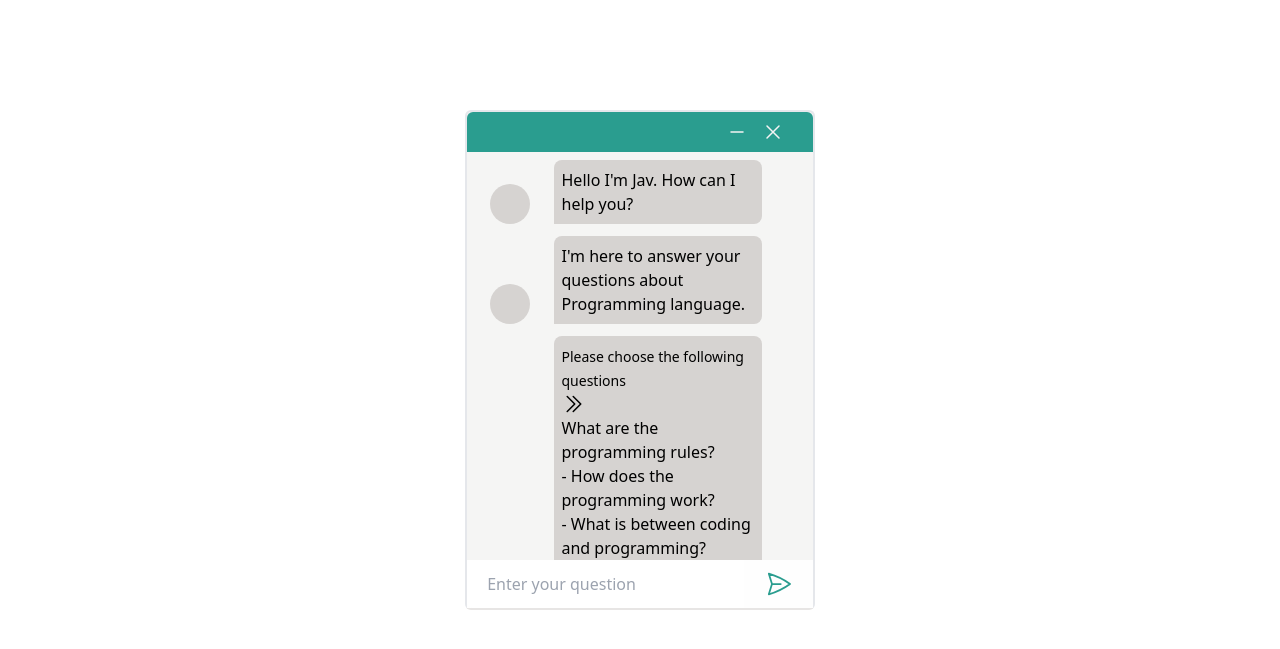
Repository: hsumyatm7308/Chatbot
Page: index.html
These files come from the project's save history. The page is drawn as it stood at one moment and after the next save; the edit follows.
The browser window is 1280 px wide. The pictures show the whole page.
Some web libraries are served in a nearby version.

Above is the page before, as saved 2023-07-09 12:41:04.

After the next save:
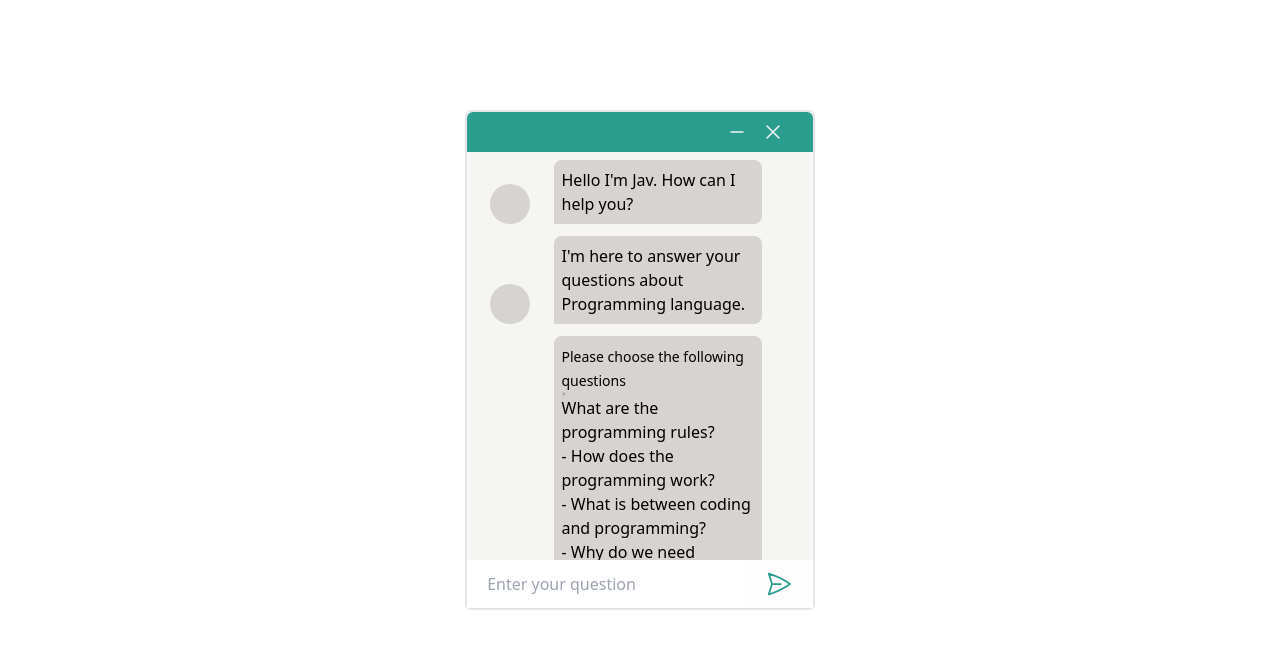
Saved 10 s later.
--- a/index.html
+++ b/index.html
@@ -72,7 +72,7 @@
                                     <ul>
                                         <li class="text-md flex"><a href=""><svg xmlns="http://www.w3.org/2000/svg"
                                                     fill="none" viewBox="0 0 24 24" stroke-width="1.5"
-                                                    stroke="currentColor" class="w-6 h-6">
+                                                    stroke="currentColor" class="w-1 h-1">
                                                     <path stroke-linecap="round" stroke-linejoin="round"
                                                         d="M11.25 4.5l7.5 7.5-7.5 7.5m-6-15l7.5 7.5-7.5 7.5" />
                                                 </svg>
